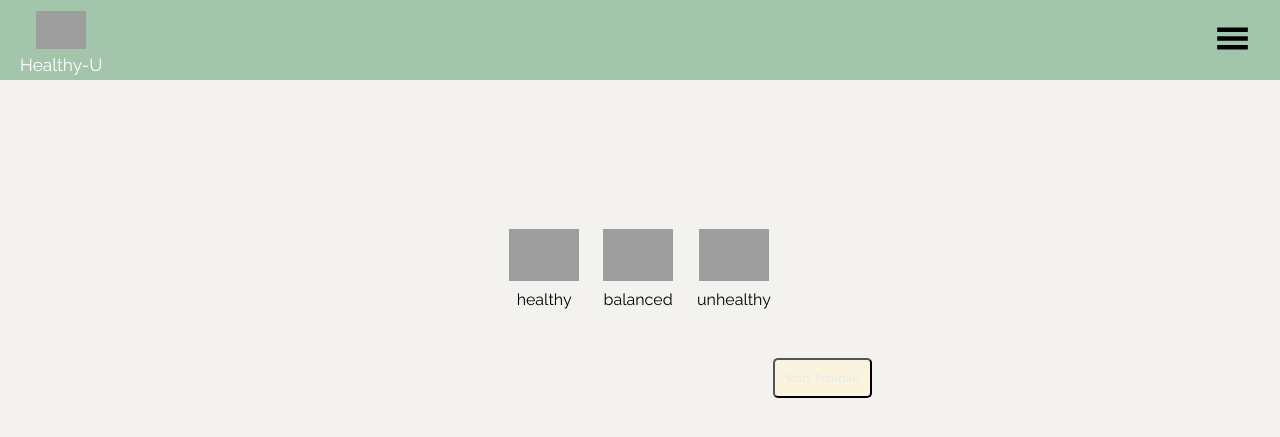
Repository: smashy09/healthy-share
Page: /InformationPage
These files come from the project's save history. The page is drawn as it stood at one moment and after the next save; the edit follows.
The browser window is 1280 px wide. The pictures show the whole page.
Pictures or frames that could not be fetched are drawn as grey boxes. The project was rebuilt for these pictures with package versions that can differ from the ones it lists, and the page was loaded fresh each time. The framework's server and built-in components were replaced by stand-ins that run in the browser. Also part of the build but not shown: next.config.js.

Above is the page before, as saved 2020-05-14 20:36:54.

### pages/_app.js
// import App from 'next/app'
import './app.css';

function MyApp({ Component, pageProps }) {
    return <Component {...pageProps} />
  }

  // Only uncomment this method if you have blocking data requirements for
  // every single page in your application. This disables the ability to
  // perform automatic static optimization, causing every page in your app to
  // be server-side rendered.
  //
  // MyApp.getInitialProps = async (appContext) => {
  //   // calls page's `getInitialProps` and fills `appProps.pageProps`
  //   const appProps = await App.getInitialProps(appContext);
  //
  //   return { ...appProps }
  // }

  export default MyApp

### pages/_document.js
import Document, { Html, Head, Main, NextScript } from 'next/document'


class MyDocument extends Document {
  static async getInitialProps(ctx) {
    const initialProps = await Document.getInitialProps(ctx)
    return { ...initialProps }
  }

  render() {
    return (
      <Html>
        <Head />
        <body>
        <link href="https://fonts.googleapis.com/css2?family=Raleway&display=swap" rel="stylesheet"></link>
          <Main />
          <NextScript />
        </body>
      </Html>
    )
  }
}

export default MyDocument

### pages/InformationPage/index.js
import Router from 'next/router';
import React from 'react';
import './info.css';
import Header from '../../comps/Header';
import CustomText from '../../comps/CustomText';
import CustomButton from '../../comps/CustomButton';

//Info Page


function NextPage(){
    Router.push("/AnimationPage1");
}
//homePage
const healthyImg = require('./healthyicon.png');
const balancedImg = require('./balancedicon.png');
const unhealthyImg = require('./unhealthyicon.png');

const InformationPage = ({backgroundColor, healthytxt, balancedtxt, unhealthytxt, healthyImg, balancedImg, unhealthyImg}) => <div
style={{backgroundColor:backgroundColor}}

  id="All_info_page">
    <Header/>
    <CustomText fontSize={32}  text="Welcome to Healthy-U!"/>
    <CustomText fontSize={22}  text="Health-U goal is to help you be more aware of
your lifestyle by gathering information based on
your answers for the survey!"/>
 <CustomText fontSize={32} text="How to Use!"/>
 <CustomText fontSize={22} text="Whenever you're ready just click start survey.
There will be 3 questions
Pick the answer that represents you the closest."/>
  <div className="card_answers">
        <div className="options">
            <img src={healthyImg} />
            {healthytxt}
        </div>

        <div className="options">
           <img src={balancedImg} />
            {balancedtxt}
         </div>

        <div className="options">
           <img src={unhealthyImg} />
            {unhealthytxt}
        </div>
    </div>
<CustomText fontSize={22} text="After answering you will be given results
filled with info on how to become a better U! "/>
<div className="info_button">
<CustomButton className="R_button" text="Start Tutorial!" onClick={NextPage}/>
</div>
</div>

InformationPage.defaultProps = {
    place:"New Button",
    color:"#000",
    healthytxt:"healthy",
    balancedtxt:"balanced",
    unhealthytxt:"unhealthy",
    healthyImg:healthyImg,
    balancedImg:balancedImg,
    unhealthyImg:unhealthyImg,
}
export default InformationPage;

### pages/app.css
*{
    font-family: 'Raleway', sans-serif;
}

### pages/InformationPage/info.css
body {
    background-color:  #F3F2EE;
}

.All_info_page{
    text-align: center;

}
.All_info_page p{
 margin-bottom: 2px;
}

.card_answers{
    display: flex;
    justify-content: center;
    align-items: center;
}

.options{
    display: inline-flex;
    flex-direction: column;
    align-items: center;
    /* border: solid 1px gray; */
    border-radius: 25px;
    margin: 10px;
    padding: 2px;

}

.options img{
    width: 70px;
    height: 70px;
    object-fit: contain;
}

.info_button{
    position: absolute;
    left: 60%;
}

### comps/Header/index.js
import React from 'react';
import Link from 'next/link';
import './header.css'
import {GiHamburgerMenu} from 'react-icons/gi';


const logoImg = require('./logo.png');

const Header = ({ text, color, fontSize, text1, text2, text3,text4, lineHeight}) => <div>
    <div className="HeaderContainer">
        <div className="HeaderLogo" style={{color, fontSize}} > <Link href="/HomePage"><img src={logoImg}/></Link><div>{text}</div></div>
        <div className="HamburgerMenu" onClick={MenuToggle}><GiHamburgerMenu size="35" /></div>
        <div className="HamburgermenuContainer" style={{fontSize, lineHeight}}>
        <Link href="/InformationPage"><div className="HamburgerItem">{text4}</div></Link>
            <Link href="/AnimationPage1"><div className="HamburgerItem">{text1}</div></Link>
            <Link href="/Survey1"><div className="HamburgerItem">{text2}</div></Link>
            <Link href="/ResultPage"><div className="HamburgerItem">{text3}</div></Link>
        </div>
    </div>
</div>

Header.defaultProps = {
    text: "Healthy-U",
    color: "#fff",
    fontSize: "13pt",
    text1: "Tutorial",
    text2: "Survey",
    text3: "Result",
    text4: "Information",
    lineHeight: "2em"
}


var menuState = false;
function MenuToggle() {
    if (menuState === true) {
        document.querySelector(".HamburgermenuContainer").style.display = "none";
        menuState = false;

    } else {
        document.querySelector(".HamburgermenuContainer").style.display = "block";
        menuState = true;
    }
}

export default Header;

### comps/CustomText/index.js
import React from 'react';
import './text.css';


//text

const CustomText = () => <div className="custom_text_box">
<p className="custom_text"></p>
</div>

CustomText.defaultProps = {
    color:"#3A3D42",
    text:"Hello There!",
    fontSize:"10px"
}

export default CustomText;

### comps/CustomButton/index.js
import React from 'react';
import './button.css';

//madec the UI

const CustomButton = ({text, backgroundColor, color, onClick}) => <div className="custom_button_box">
<button className="custom_button" style={{backgroundColor:backgroundColor, color:color}} onClick={onClick} > {text} </button>
</div>

function ButtonClick() {
    alert("clicked")
}

CustomButton.defaultProps = {
    backgroundColor:"#FAF3DD",
    color:"#DEEDEC",
    text:"Start Survey",
    onClick:ButtonClick
}
export default CustomButton;

### comps/Header/header.css
body, html{
    margin:0;
}

.HeaderContainer {
    width: 100%;
    height: 80px;
    background-color:#A2C5AC;
    display: inline-flex;
    align-items: center;
}

.HeaderLogo:hover {
    opacity: 0.7;
}

.HeaderLogo:hover {
    opacity: 0.7;
}

.HamburgerMenu {
    position: absolute;
    right: 30px;
}

.HamburgerMenu:hover{
    color: white;
}

.HeaderLogo {
    padding-left: 20px;
    display: inline-flex;
    flex-direction: column;
    align-items: center;
    justify-content: center;
}

.HeaderLogo img{
    width: 50px;
    height: 50px;
    object-fit: contain;

}

.HamburgermenuContainer {
    margin: 20px;
    width: 120px;
    background-color: #D9ECF0;
    border-radius: 7%;
    text-align: center;
    padding: 15px;
    position: absolute;
    right: 0;
    top: 35px;
    display: none;
    z-index: 1;
}

.HamburgermenuContainer:hover {
    opacity: 0.8;
}


.HamburgerItem:hover {
    color: rgb(214, 129, 157);
    cursor: pointer;
}

### comps/CustomText/text.css
.custom_text_box{
    font-family: 'Spectral', serif;
    display: flex;
    justify-content: center;
    }

### comps/CustomButton/button.css
.custom_button {
    display: flex;
    border-radius: 5px;
    padding: 10px;
    font-family: 'Spectral', serif;
    cursor: pointer;
    margin: 5px;
    box-shadow: pink 10px;
    }

After the next save:
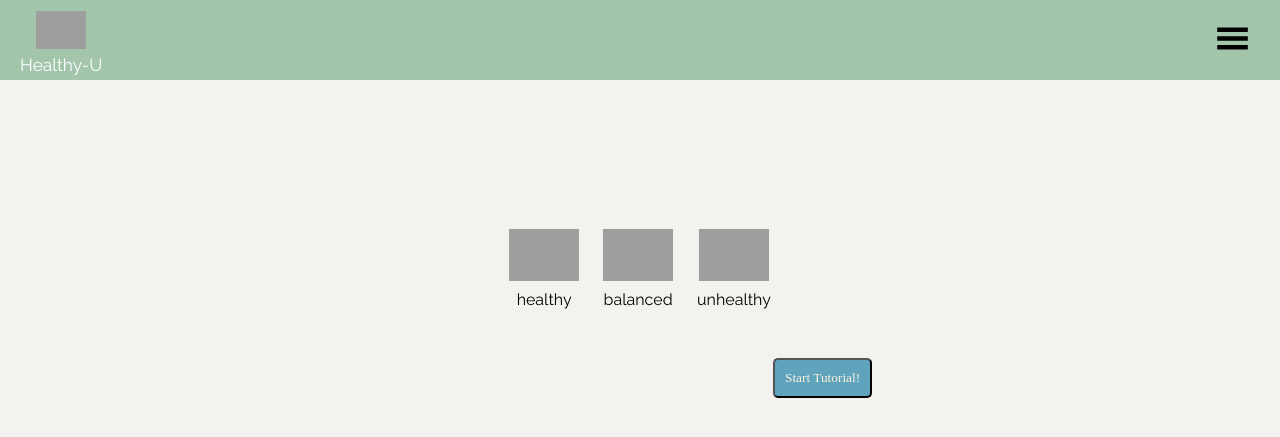
Saved 13 s later.
--- a/comps/CustomButton/index.js
+++ b/comps/CustomButton/index.js
@@ -12,8 +12,8 @@ function ButtonClick() {
 }
 
 CustomButton.defaultProps = {
-    backgroundColor:"#FAF3DD",
-    color:"#DEEDEC",
+    backgroundColor:"#60a3bc",
+    color:"#FAF3DD",
     text:"Start Survey",
     onClick:ButtonClick
 }
